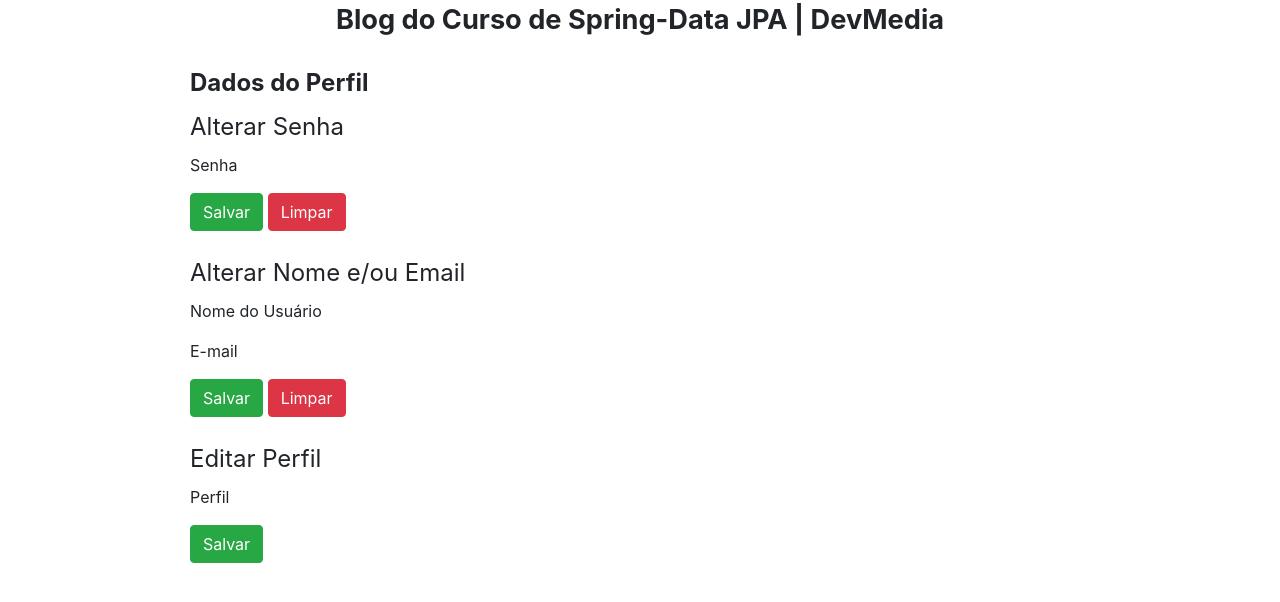
Repository: f4br1c10/Curso-Spring-Devmedia
Page: http://localhost/blog/WEB-INF/views/usuario/atualizar.jsp
An editor plug-in stored every save of this project. The page is shown before and after the next save, followed by the edit.
The browser window is 1280 px wide. The pictures show the whole page.
The page is served by Tomcat 9. Nobody is signed in. Other server files are loaded and not shown. The template is opened directly, without the code that normally fills it, so the values that code supplies are empty.

Above is the page before, as saved 2019-07-10 16:33:28.

### blog/src/main/webapp/WEB-INF/views/usuario/atualizar.jsp
<%@ page language="java" contentType="text/html; charset=UTF-8"
	pageEncoding="UTF-8"%>
<!DOCTYPE html>
<html>
<head>
<meta http-equiv="Content-Type" content="text/html; charset=UTF-8">
<title>Editar Usuário</title>
<link rel="stylesheet"
	href="https://stackpath.bootstrapcdn.com/bootstrap/4.3.1/css/bootstrap.min.css">
<style type="text/css">

.error {
	color: #ff0000;
}

.dropdown:hover>.dropdown-menu {
	display: block;
}

.table {
	width: 900px;
	text-align: center;
}

fieldset {
	width: 900px;
	margin: 0 auto;
}

fieldset.group .campo {
	float: left;
	margin-right: 2em;
}

.master {
	width: 960px;
	margin: 0 auto;
}

.header {
	text-align: center;
	font: monospace;
	font-size: 1.7em;
}
</style>
</head>
<body>
	<fieldset class="header">
		<b>Blog do Curso de Spring-Data JPA | DevMedia</b>
	</fieldset>
	<c:import url="../menu.jsp"></c:import>
	<br>
	<fieldset>
		<legend>
			<b>Dados do Perfil</b>
		</legend>
		<c:url var="save" value="/usuario/update/senha" />
		<form:form modelAttribute="usuario" action="${save}" method="post">
			<form:hidden path="id" />
			<fieldset class="group">
				<legend>Alterar Senha</legend>
				<div class="form-group">
					<form:label path="senha">Senha</form:label><br>
					<form:password path="senha" />
					<form:errors path="senha" cssClass="error"/>
				</div>
				<div>
					<button type="submit" class="btn btn-success">Salvar</button>
					<button type="reset" class="btn btn-danger">Limpar</button>
				</div>
			</fieldset>
		</form:form>
		<br>
		<c:url var="save" value="/usuario/update" />
		<form:form modelAttribute="usuario" action="${save}" method="post">
			<form:hidden path="id" />
			<fieldset class="group">
				<legend>Alterar Nome e/ou Email</legend>
				<div class="form-group">
					<form:label path="nome">Nome do Usuário</form:label><br>
					<form:input path="nome" type="text" value="${nome}"/>
					<form:errors path="nome" cssClass="error"/>
				</div>
				<div class="form-group">
					<form:label path="email">E-mail</form:label><br>
					<form:input path="email" type="email" value="${email}"/>
					<form:errors path="email" cssClass="error"/>
				</div>
				<div>
					<button type="submit" class="btn btn-success">Salvar</button>
					<button type="reset" class="btn btn-danger">Limpar</button>
				</div>
			</fieldset>
		</form:form>
		<br>
		<c:url var="save" value="/usuario/update/perfil"/>
		<form:form modelAttribute="usuario" action="${save}" method="POST">
			<form:hidden path="id"/>
			<fieldset class="group">
				<legend>Editar Perfil</legend>
				<div class="form-group">
					<form:label path="perfil">Perfil</form:label>
					<br>
					<form:select path="perfil" required="true">
						<form:option value="ADMIN" label="ADMIN" />
						<form:option value="AUTOR" label="AUTOR" />
						<form:option value="LEITOR" label="LEITOR" />
					</form:select>
				</div>
				<div>
					<button type="submit" class="btn btn-success">Salvar</button>
				</div>
			</fieldset>
		</form:form>
	</fieldset>
	<script src="https://code.jquery.com/jquery-3.3.1.slim.min.js"></script>
	<script
		src="https://stackpath.bootstrapcdn.com/bootstrap/4.1.3/js/bootstrap.min.js"></script>
</body>
</html>

After the next save:
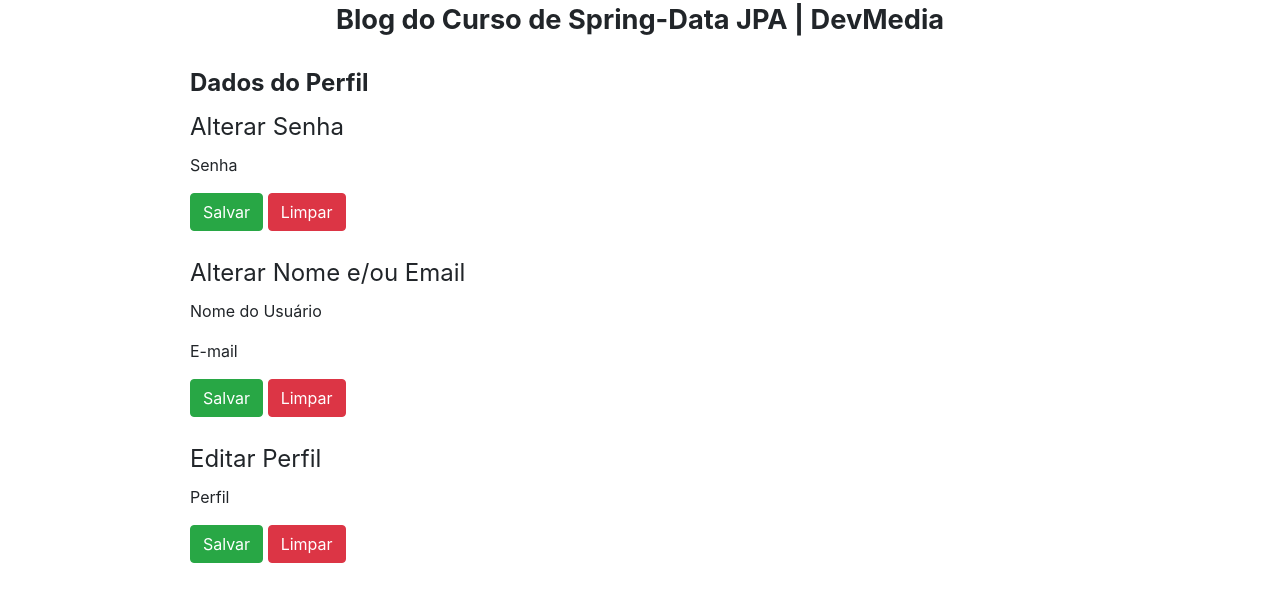
Saved 44 s later.
--- a/blog/src/main/webapp/WEB-INF/views/usuario/atualizar.jsp
+++ b/blog/src/main/webapp/WEB-INF/views/usuario/atualizar.jsp
@@ -109,6 +109,7 @@
 				</div>
 				<div>
 					<button type="submit" class="btn btn-success">Salvar</button>
+					<button type="reset" class="btn btn-danger">Limpar</button>
 				</div>
 			</fieldset>
 		</form:form>
